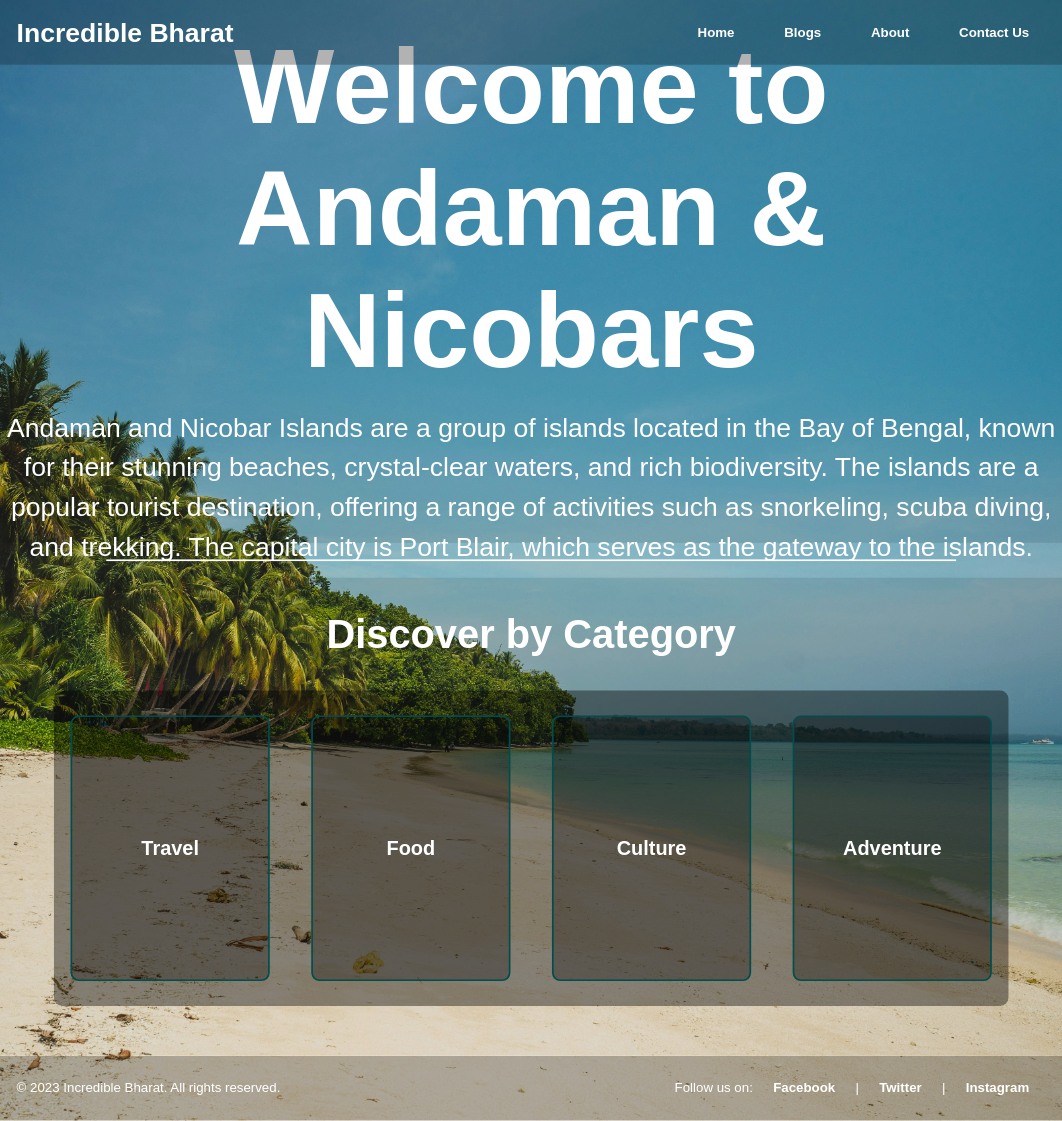
Repository: jaidhiman111/incrediblebharat
Page: destinations/Andaman&Nicobar.html
An editor plug-in stored every save of this project. The page is shown before and after the next save, followed by the edit.
The browser window is 1280 px wide. The pictures show the whole page, at 83% of full size.

Above is the page before, as saved 2025-04-30 23:39:15.

### destinations/Andaman&Nicobar.html
<!DOCTYPE html>
<html lang="en">

<head>
    <meta charset="UTF-8">
    <link rel="stylesheet" href="/assets/style.css">
    <meta name="viewport" content="width=device-width, initial-scale=1.0">
    <title>Document</title>
</head>

<body class="andaman-nicobar">
    <!-- This is the header of the page. -->
    <header class="header">
        <div class="logo">
            <h1>Incredible Bharat</h1>
        </div>
        <div class="nav">
            <nav>
                <ul>
                    <li>
                        <a href="/index.html">Home</a>
                        <a href="#">Blogs</a>
                        <a href="#">About</a>
                        <a href="#">Contact Us</a>
                    </li>
                </ul>
            </nav>
        </div>
    </header>
    <!-- This is the main content of the page. -->
    <main class="main-container">
        <section class="hero-section">
            <h2>Welcome to Andaman & Nicobars</h2>
            <p>Andaman and Nicobar Islands are a group of islands located in the Bay of Bengal, known for their stunning
                beaches, crystal-clear waters, and rich biodiversity. The islands are a popular tourist destination,
                offering a range of activities such as snorkeling, scuba diving, and trekking. The capital city is Port
                Blair, which serves as the gateway to the islands.</p>
        </section>
        <hr>
        <section class="state-section">
            <h2>Discover by Category</h2>
            <div class="card-section">
                <div class="card" id="travel">Travel</div>
                <div class="card" id="food">Food</div>
                <div class="card" id="culture">Culture</div>
                <div class="card" id="adventure">Adventure</div>
            </div>
        </section>
    </main>
    <!-- This is the footer of the page. -->
    <footer class="footer">
        <div>
            <p>&copy; 2023 Incredible Bharat. All rights reserved.</p>
        </div>
        <div>
            <p>Follow us on:
                <a href="#">Facebook</a> |
                <a href="#">Twitter</a> |
                <a href="#">Instagram</a>
        </div>
    </footer>
</body>

</html>

### assets/style.css
* {
    box-sizing: border-box;
    margin: 0;
    padding: 0;
}

.home {
    font-family: Arial, sans-serif;
    background-image: url('/media/bg-cover.jpg');
    background-size: cover;
    background-repeat: no-repeat;
    background-position: center;
    color: #fff;
}

.andaman-nicobar {
    font-family: Arial, sans-serif;
    background-image: url('/media/andaman.jpg');
    background-size: cover;
    background-repeat: no-repeat;
    background-position: center;
    color: #fff;
}


/* This is for header */
.header {
    background-color: rgba(0, 0, 0, 0.3);
    display: flex;
    justify-content: space-between;
    align-items: center;
    padding: 20px;
    position: sticky;
    top: 0;
    text-align: center;
}

li {
    list-style: none;
    display: flex;
    gap: 20px;
}

li a {
    padding: 10px 20px;
    border-radius: 5px;
    text-decoration: none;
    color: #fff;
    font-weight: bold;
}

li a:hover {
    color: #fff;
    transform: scale(1.1);}

/* This is for section */
section{
    background-color: rgba(0, 0, 0, 0.1);
}

.hero-section {
    display: flex;
    flex-direction: column;    /* stack items vertically */
    justify-content: center;   /* center vertically */
    align-items: center;       /* center horizontally */
    height: 80vh;
    text-align: center;
}

.hero-section h2 {
    font-size: 8rem;
    margin-bottom: 20px;
}

.hero-section p{
    font-size: 2rem;
    margin-bottom: 20px;
    max-width: 100rem;         /* limit the width of the paragraph */
    line-height: 1.5;        /* improve readability */
}

.hero-section a {
    text-decoration: none;
    color: #fff;
    font-size: 1.5rem;
    margin-bottom: 20px;
}

.hero-section a:hover {
    color: #fff;
    text-decoration: underline;
    transform: scale(1.1);
    transition: transform 0.3s ease-in-out;
}

hr {
    width: 80%;
    margin: 20px auto;
    border: 1px solid #fff;
}

.state-section {
    display: flex;
    flex-direction: column;    /* stack items vertically */
    justify-content: center;
    align-items: center;
    height: 80vh;
    text-align: center;
}

.state-section h2 {
    font-size: 3rem;
    margin-bottom: 20px;
}

.state-button {
    padding: 30px;
    max-width: 100rem;
    margin: 0 auto;
  }

  .state-button button {
    background-color: rgba(0, 0, 0, 0.4);  /* Soft blue */
    border: none;
    border-radius: 8px;
    margin: 10px ;
    padding: 12px 20px;
    cursor: pointer;
    transition: background-color 0.3s ease;
    font-size: 16px;
    font-weight: 500;
  }

  .state-button button a {
    color: #ffffff;
    text-decoration: none;
    display: block;
    width: 100%;
    height: 100%;
  }

  .state-button button:hover {
    background-color: rgba(0, 0, 0, 0.7); /* Darker blue on hover */
    transform: scale(1.1); /* Slightly enlarge the button on hover */
    transition: transform 0.3s ease-in-out;
  }

  .card-section {
    display: flex;
    flex-wrap: wrap; /* Makes it responsive */
    justify-content: center;
    gap: 50px;
    background-color: rgba(0, 0, 0, 0.4);
    padding: 30px 20px;
    margin: 20px auto;
    max-width: 100%;
    border-radius: 10px;
}

.card {
    background-color: rgba(0, 0, 0, 0.3);
    color: #fff;
    border: 2px solid #014d4e;
    border-radius: 10px;
    width: 15rem;
    height: 20rem;
    display: flex;
    align-items: center;
    justify-content: center;
    font-size: 1.5rem;
    font-weight: bold;
    cursor: pointer;
    transition: transform 0.3s ease, background-color 0.3s ease;
}

.card:hover {
    background-color: #019494;
    color: #ffffff;
    transform: scale(1.05);
}


  /* This is for footer */

.footer {
    background-color: rgba(0, 0, 0, 0.3);
    display: flex;
    justify-content: space-between;
    align-items: center;
    padding: 20px;
    position: relative;
    bottom: 0;
    text-align: center;
}

.footer li {
    list-style: none;
    display: flex;
    gap: 20px;
}

.footer a {
    display: inline-block;
    padding: 10px 20px;
    border-radius: 5px;
    text-decoration: none;
    color: #fff;
    font-weight: bold;
}
.footer a:hover {
    color: #fff;
    transform: scale(1.1);

}

/* This is for media queries */
/* --- Andaman & Nicobar Page Enhancements --- */

After the next save:
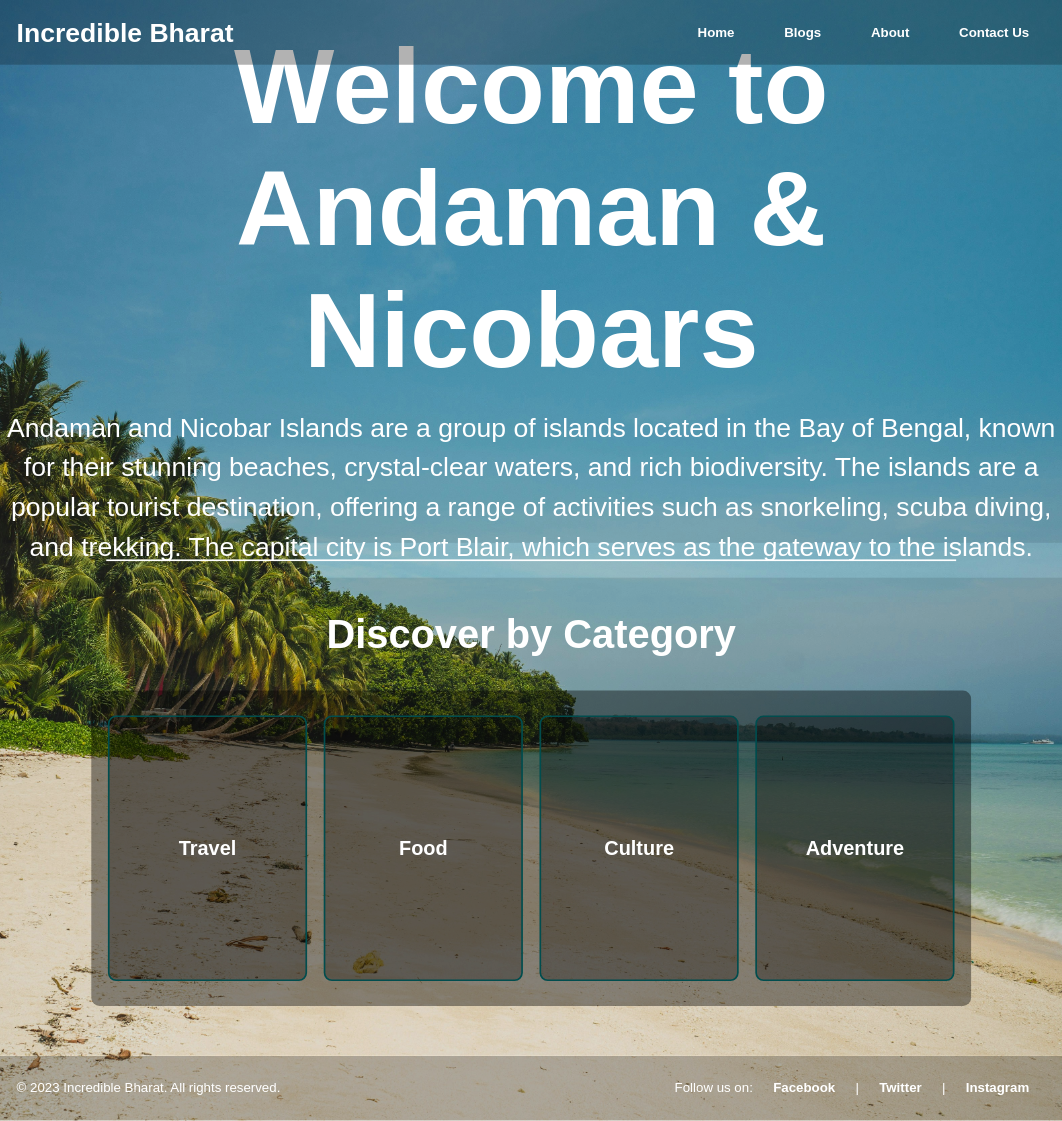
Saved 7 s later.
--- a/assets/style.css
+++ b/assets/style.css
@@ -149,7 +149,7 @@ hr {
     display: flex;
     flex-wrap: wrap; /* Makes it responsive */
     justify-content: center;
-    gap: 50px;
+    gap: 20px;
     background-color: rgba(0, 0, 0, 0.4);
     padding: 30px 20px;
     margin: 20px auto;
